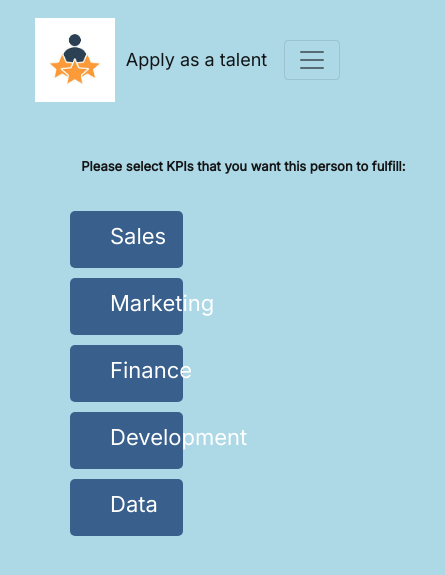
Repository: Ashwe9/talent-hire-reactJs
Page: /kpis
The author's editor kept a copy of each file at every save. The page is drawn from the files as they stood at one save, then again after the next save.
The browser window is 375 px wide. The page is 445 px wide, so the pictures cover 445 px, including what lies to the right of the window. The pictures show the whole page.
The project was rebuilt for these pictures with package versions that can differ from the ones it lists, and the page was loaded fresh each time. A package was used in the major version that the imports need, not the one package.json lists. Also part of the build but not shown: src/homePage/components/TrustedBy/TrustedBy.css, src/homePage/components/TrustedBy/TrustedBy.js, src/homePage/components/Roles/Roles.css, src/homePage/components/Roles/Roles.js, src/homePage/components/homePageFooter/HomePageFooter.css, src/homePage/components/homePageFooter/HomePageFooter.js, src/homePage/HomePage.js, src/kpisPage/Talents.css and 2 more.

Above is the page before, as saved 2022-08-18 16:09:29.

After the next save:
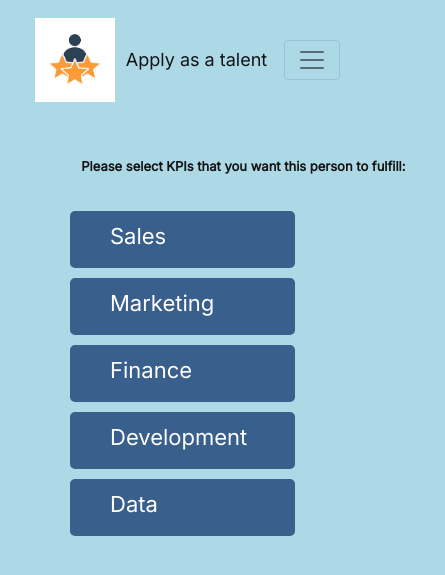
Saved 19 s later.
--- a/src/kpisPage/DropDown.css
+++ b/src/kpisPage/DropDown.css
@@ -37,7 +37,7 @@
 
     .dropdown-box{
         margin-left: 90px;
-        width: 30%;
+        width: 60%;
     }
   }
 @media only screen and (max-width: 450px) {
@@ -46,6 +46,6 @@
     }
     .dropdown-box{
         margin-left: 70px;
-        width: 30%;
+        width: 60%;
     }
 }
